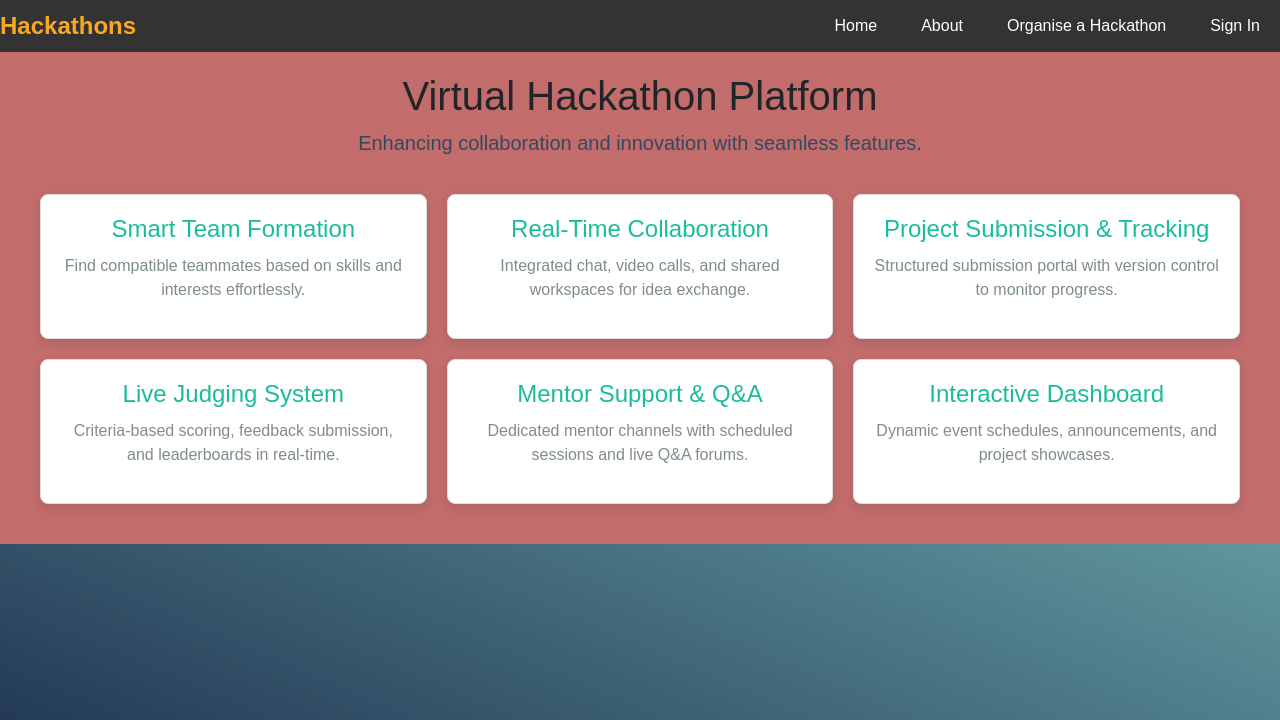
Repository: Ken-Kanike/RUBIX25_41_TECHTITANS
Page: / (app in backend/client/)
An editor plug-in stored every save of this project. The page is shown before and after the next save, followed by the edit.
The browser window is 1280 px wide. The pictures show the whole page.
The project was rebuilt for these pictures with package versions that can differ from the ones it lists, and the page was loaded fresh each time. Also part of the build but not shown: backend/client/src/signin.js, backend/client/src/dashboardUSER.css, backend/client/src/dashboardUnavbar.js, backend/client/src/dashboardUSER.js.

Above is the page before, as saved 2025-01-23 02:10:26.

### backend/client/public/index.html
<!DOCTYPE html>
<html lang="en">
  <head>
    <meta charset="utf-8" />
    <!-- <link rel="icon" href="%PUBLIC_URL%/favicon.ico" /> -->
    <meta name="viewport" content="width=device-width, initial-scale=1" />
    <meta name="theme-color" content="#000000" />
    <!-- <meta
      name="description"
      content="Web site created using create-react-app"
    />
    <link rel="apple-touch-icon" href="%PUBLIC_URL%/logo192.png" />

      manifest.json provides metadata used when your web app is installed on a
      user's mobile device or desktop. See https://developers.google.com/web/fundamentals/web-app-manifest/

    <link rel="manifest" href="%PUBLIC_URL%/manifest.json" /> -->

    <title>React App</title>
    <link
      href="https://cdnjs.cloudflare.com/ajax/libs/font-awesome/5.15.3/css/all.min.css"
      rel="stylesheet"
    />
  </head>
  <body>
    <noscript>You need to enable JavaScript to run this app.</noscript>
    <div id="root"></div>

  </body>
</html>

### backend/client/src/App.js
import React from 'react';
import { BrowserRouter as Router, Route, Routes } from 'react-router-dom';
import Navbar from './navbar';
import HomePage from './homepage';
import SignInPage from './signin';
import Dashboard from "./dashboardUSER";
import './App.css';

function App() {
  return (
    <Router>
      <Navbar />
      <Routes>
        <Route path="/" element={<HomePage />} />
        <Route path="/signin" element={<SignInPage />} />
        <Route path="/dashboard" element={<Dashboard />} />
      </Routes>
    </Router>
  );
}

export default App;

### backend/client/src/navbar.js

import React from 'react';
import { Link, useLocation } from 'react-router-dom';
import './navbar.css';

const Navbar = () => {
    const location = useLocation();

    return (
        <nav className="navbar">
            <div className="navbar-logo">Hackathons</div>
            <ul className="navbar-links">

                {location.pathname !== "/signin" && (
                    <li><Link to="/">Home</Link></li>
                )}
                <li><Link to="#about">About</Link></li>
                <li><Link to="#organise">Organise a Hackathon</Link></li>
                {location.pathname === "/signin" ? (
                    <li><Link to="/">Home</Link></li>
                ) : (
                    <li><Link to="/signin">Sign In</Link></li>
                )}
            </ul>
        </nav>
    );
};

export default Navbar;

### backend/client/src/homepage.js
import React from 'react';
import './homepage.css';

const HomePage = () => {
    return (
        <div className="homepage-container">
            <h1>Virtual Hackathon Platform</h1>
            <p>Enhancing collaboration and innovation with seamless features.</p>

            <div className="features-section">
                <div className="feature-box">
                    <h2>Smart Team Formation</h2>
                    <p>Find compatible teammates based on skills and interests effortlessly.</p>
                </div>
                <div className="feature-box">
                    <h2>Real-Time Collaboration</h2>
                    <p>Integrated chat, video calls, and shared workspaces for idea exchange.</p>
                </div>
                <div className="feature-box">
                    <h2>Project Submission & Tracking</h2>
                    <p>Structured submission portal with version control to monitor progress.</p>
                </div>
                <div className="feature-box">
                    <h2>Live Judging System</h2>
                    <p>Criteria-based scoring, feedback submission, and leaderboards in real-time.</p>
                </div>
                <div className="feature-box">
                    <h2>Mentor Support & Q&A</h2>
                    <p>Dedicated mentor channels with scheduled sessions and live Q&A forums.</p>
                </div>
                <div className="feature-box">
                    <h2>Interactive Dashboard</h2>
                    <p>Dynamic event schedules, announcements, and project showcases.</p>
                </div>
            </div>
        </div>
    );
};

export default HomePage;

### backend/client/src/App.css
body {
  margin: 0;
  padding: 0;
  background: linear-gradient(to bottom left, #60979e, #050a30);
  color: #111111;
  font-family: Arial, sans-serif;
}
.App {
  text-align: center;
}

.App-logo {
  height: 40vmin;
  pointer-events: none;
}

@media (prefers-reduced-motion: no-preference) {
  .App-logo {
    animation: App-logo-spin infinite 20s linear;
  }
}

.App-header {
  background-color: #282c34;
  min-height: 100vh;
  display: flex;
  flex-direction: column;
  align-items: center;
  justify-content: center;
  font-size: calc(10px + 2vmin);
  color: white;
}

.App-link {
  color: #61dafb;
}

@keyframes App-logo-spin {
  from {
    transform: rotate(0deg);
  }
  to {
    transform: rotate(360deg);
  }
}

### backend/client/src/navbar.css

.navbar {
    display: flex;
    justify-content: space-between;
    align-items: center;
    padding: 0.8rem 2rem;
    background-color: #333;
    color: white;
    font-family: Arial, sans-serif;
}

.navbar-logo {
    font-size: 1.5rem;
    font-weight: bold;
    color: #f9a825;
}

.navbar-links {
    list-style: none;
    display: flex;
    gap: 1.5rem;
    margin: 0;
    padding: 0;
}

.navbar-links li {
    display: inline;
}

.navbar-links a {
    text-decoration: none;
    color: white;
    font-size: 1rem;
    transition: color 0.3s ease;
}

.navbar-links a:hover {
    color: #f9a825;
}

### backend/client/src/homepage.css

.homepage-container {
    font-family: Arial, sans-serif;
    padding: 20px;
    text-align: center;
    background-color: #c26c6c;
}


h1 {
    color: #2c3e50;
    font-size: 36px;
    margin-bottom: 10px;
}

p {
    font-size: 20px;
    color: #34495e;
    margin-bottom: 20px;
}


.features-section {
    display: grid;
    grid-template-columns: repeat(auto-fit, minmax(300px, 1fr));
    gap: 20px;
    padding: 20px;
}


.feature-box {
    background-color: #ffffff;
    border: 1px solid #ddd;
    border-radius: 8px;
    padding: 20px;
    box-shadow: 0 4px 8px rgba(0, 0, 0, 0.1);
    transition: transform 0.3s ease, box-shadow 0.3s ease;
}

.feature-box:hover {
    transform: translateY(-5px);
    box-shadow: 0 8px 16px rgba(0, 0, 0, 0.2);
}

.feature-box h2 {
    font-size: 24px;
    color: #1abc9c;
    margin-bottom: 10px;
}

.feature-box p {
    font-size: 16px;
    color: #7f8c8d;
}

### backend/client/src/dashboardUnavbar.css
/* Navbar Styles */
.navbar {
    display: flex;
    justify-content: space-between;
    align-items: center;
    padding: 10px 20px;
    background-color: #333;
    color: #fff;
}

.navbar-logo {
    font-size: 24px;
    font-weight: bold;
}

.navbar-links {
    list-style-type: none;
    margin: 0;
    padding: 0;
    display: flex;
}

.navbar-links li {
    margin-right: 20px;
}

.navbar-links li a {
    color: #fff;
    text-decoration: none;
}

.navbar-profile {
    position: relative;
}

.profile-circle {
    width: 40px;
    height: 40px;
    border-radius: 50%;
    background-color: #fff;
    display: flex;
    justify-content: center;
    align-items: center;
    overflow: hidden;
    cursor: pointer;
}

.profile-circle img {
    width: 100%;
    height: 100%;
    object-fit: cover;
}

.profile-circle span {
    font-size: 20px;
    color: #333;
}

Loaded but not shown: backend/client/src/index.js (common file); backend/client/src/index.css (common file); backend/client/src/reportWebVitals.js (common file)

After the next save:
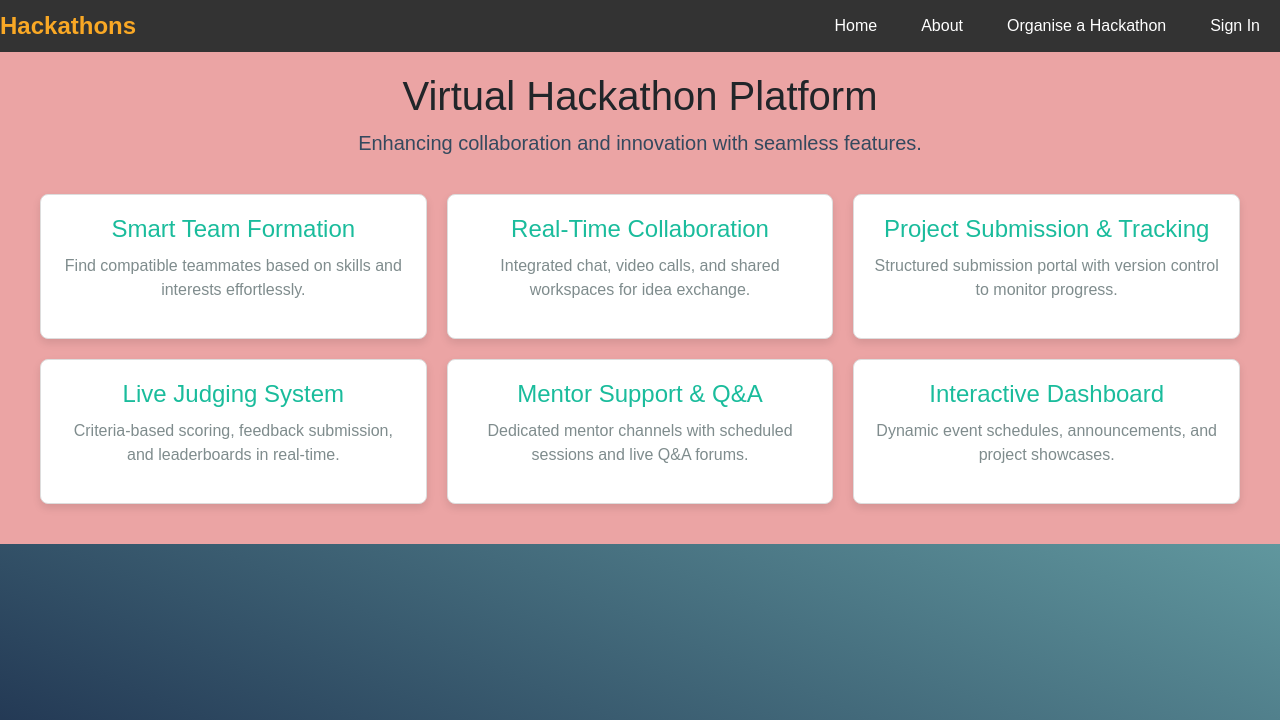
Saved 12 s later.
--- a/backend/client/src/homepage.css
+++ b/backend/client/src/homepage.css
@@ -3,7 +3,7 @@
     font-family: Arial, sans-serif;
     padding: 20px;
     text-align: center;
-    background-color: #c26c6c;
+    background-color: #eba4a4;
 }
 
 
